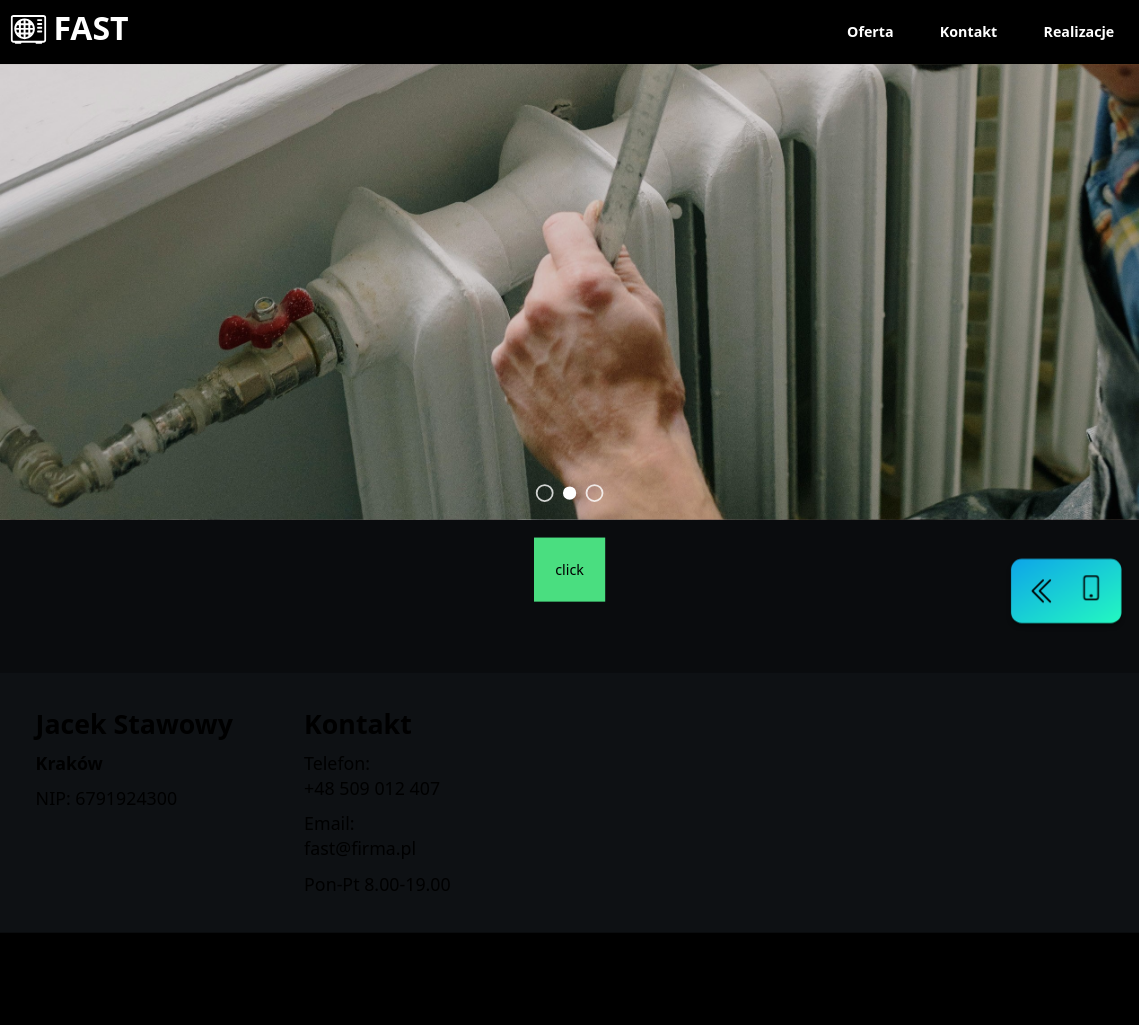
Repository: piotrokrutniak/Fast-CompanyWebsite
Page: /carousel
These files come from the project's save history. The page is drawn as it stood at one moment and after the next save; the edit follows.
The browser window is 1280 px wide. The pictures show the whole page, at 89% of full size.
The project was rebuilt for these pictures with package versions that can differ from the ones it lists, and the page was loaded fresh each time. The framework's server and built-in components were replaced by stand-ins that run in the browser. Also part of the build but not shown: next.config.js.

Above is the page before, as saved 2023-10-21 11:38:19.

After the next save:
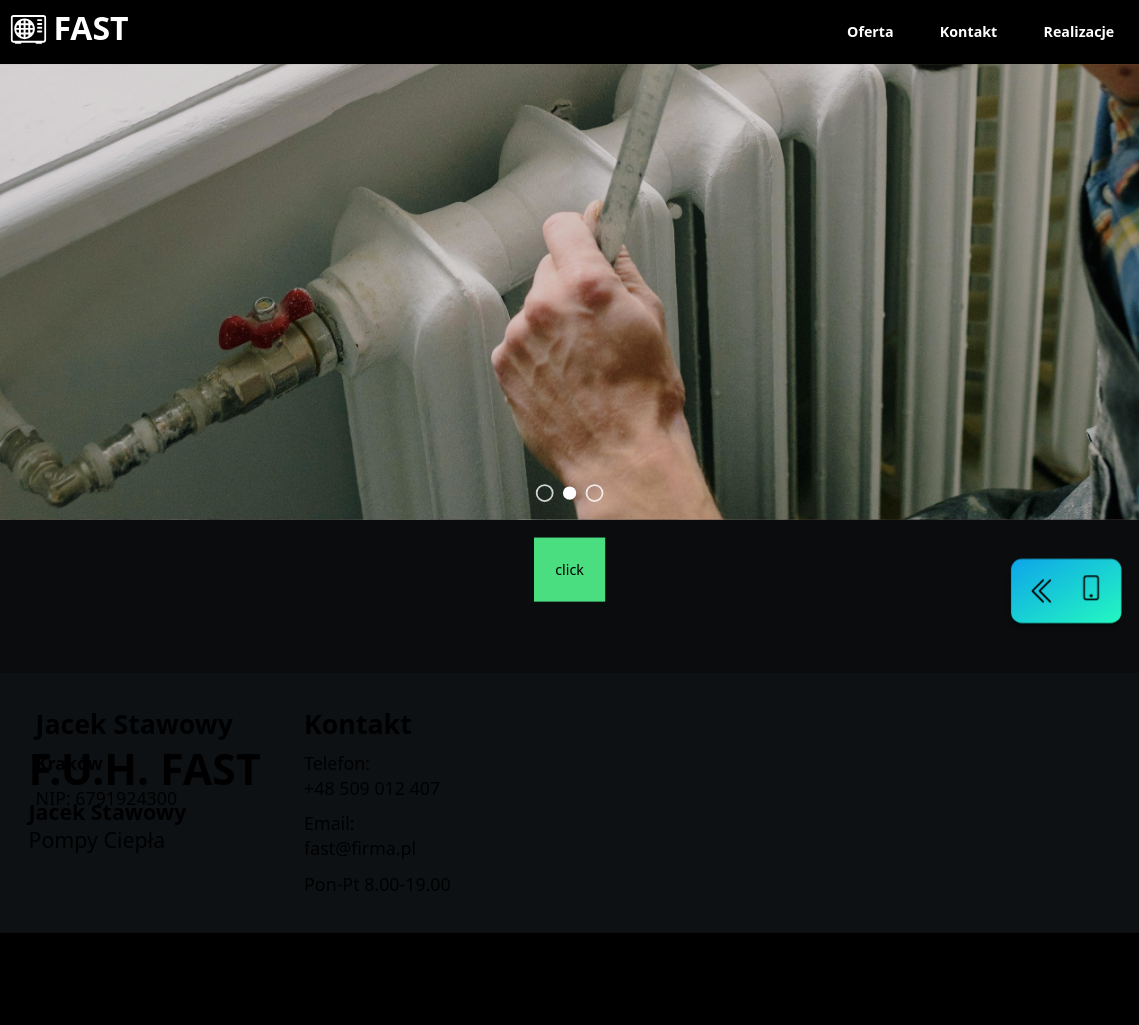
Saved 2 min 40 s later.
--- a/src/app/(pages)/carousel/page.js
+++ b/src/app/(pages)/carousel/page.js
@@ -9,7 +9,11 @@ import { useEffect, useRef, useState } from "react"
 // import ac3 from "./media/img/heating-2.jpg"
 
 export default function CarouselPage(){
-    const slides = [p1, p2, p3]
+    const slides = [
+        {img: p1, desc: "Klimatyzacje"},
+        {img: p2, desc: "Pompy Ciepła"},
+        {img: p3, desc: "Instalacje grzewcze"}
+    ]
 
     //const [activeIndex, setActiveIndex] = useState(0)
 
@@ -62,8 +66,13 @@ export default function CarouselPage(){
         <>
         <div className="w-full max-w-7xl relative mx-auto overflow-hidden">
         <div className={`relative w-full max-w-7xl h-128 flex overflow-visible -translate-x-[${activeIndex * 100}%] transition-all`}>
-            {slides.map((image, index) => <CarouselPanel image={image} key={index} index={index} />)}
+            {slides.map((image, index) => <CarouselPanel image={image.img} key={index} index={index} />)}
         </div>
+        </div>
+        <div className='absolute px-8 mt-64 max-sm:px-5'>
+            <div className='font-bold text-5xl relative max-sm:text-4xl'>F.U.H. FAST</div>
+            <div className='font-semibold text-2xl pt-2 relative max-sm:text-xl'>Jacek Stawowy</div>
+            <div className='font-thin text-2xl relative max-sm:text-lg'>{slides[activeIndex].desc}</div>
         </div>
         <div className='flex justify-center relative gap-2 -top-10 transition-all'>
             {slides.map((slide, index) => {
